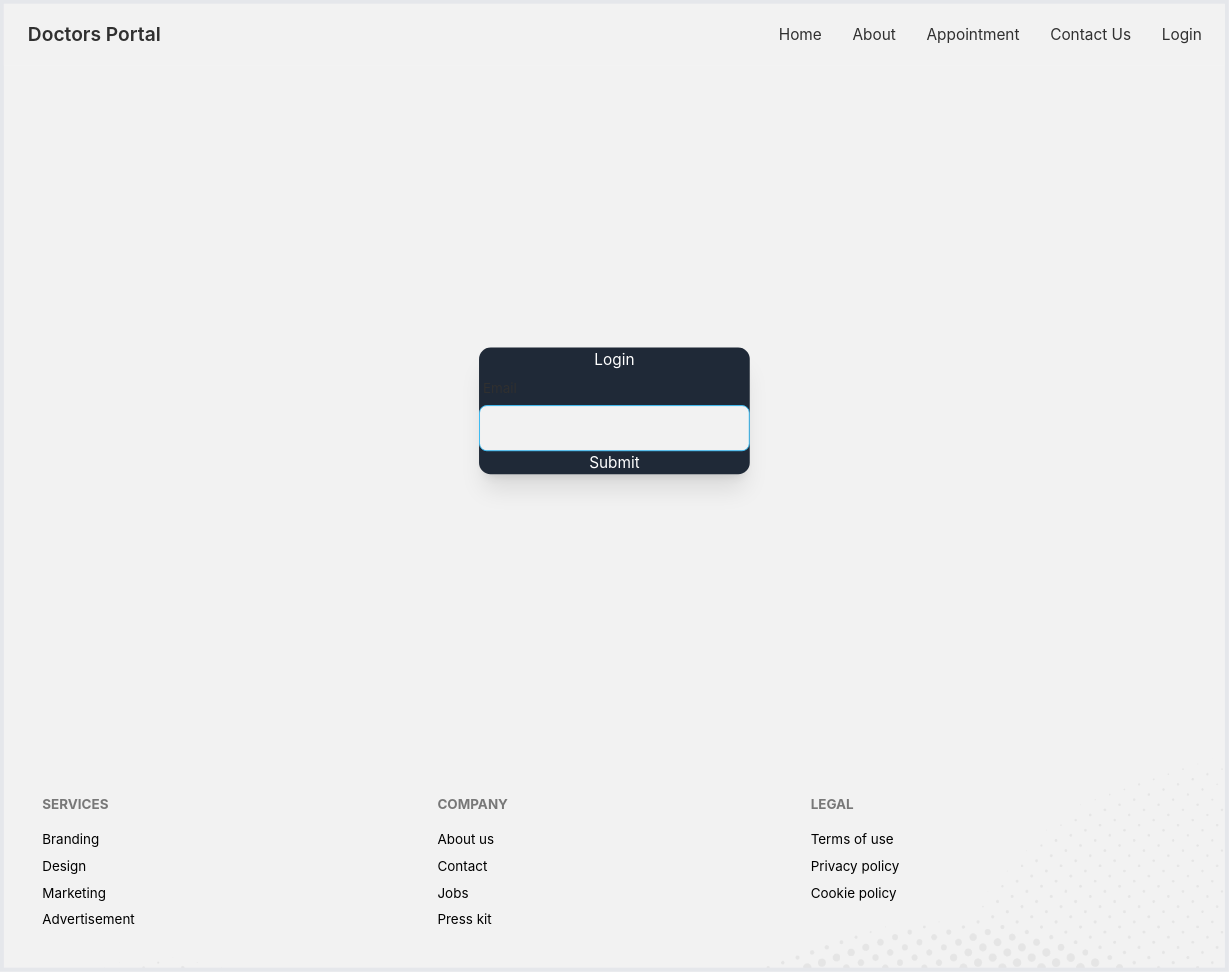
Repository: Samad77/Doctorportal-Client
Page: /login
The author's editor kept a copy of each file at every save. The page is drawn from the files as they stood at one save, then again after the next save.
The browser window is 1280 px wide. The pictures show the whole page, at 96% of full size.
The project was rebuilt for these pictures with package versions that can differ from the ones it lists, and the page was loaded fresh each time. Also part of the build but not shown: src/Pages/Appointment/BookingModal/BookingModal.js, src/Pages/Appointment/AppoinmentCard/AppoinmentCard.js, src/Pages/Appointment/AppointmentBanner/AppointmentBanner.js, src/Pages/Appointment/AvailavleAppoinment/AvailableAppoinment.js, src/Pages/Appointment/Appoinment/Appoinment.js, src/Components/PrimaryButton/PrimaryButton.js, src/Pages/Home/Banner/Banner.js, src/Pages/Home/Cards/Cards.js and 5 more.

Above is the page before, as saved 2022-11-15 11:20:51.

### src/index.js
import React from 'react';
import ReactDOM from 'react-dom/client';
import './index.css';
import App from './App';
import reportWebVitals from './reportWebVitals';
import 'react-day-picker/dist/style.css';
const root = ReactDOM.createRoot(document.getElementById('root'));
root.render(
  <React.StrictMode>
    <App />
  </React.StrictMode>
);

// If you want to start measuring performance in your app, pass a function
// to log results (for example: reportWebVitals(console.log))
// or send to an analytics endpoint. Learn more: https://bit.ly/CRA-vitals
reportWebVitals();

### src/App.js
import logo from './logo.svg';
import './App.css';
import {RouterProvider} from 'react-router-dom'
import router from './Layout/Routes/Routes';
import Cards from './Pages/Home/Cards/Cards';
function App() {
  return (
    <div className="App max-w-[1440px] mx-auto border-4">
      <RouterProvider router={router}>

      </RouterProvider>
    </div>
  );
}

export default App;

### src/Layout/Routes/Routes.js
import { createBrowserRouter } from "react-router-dom";
import Appoinment from "../../Pages/Appointment/Appoinment/Appoinment";
import Home from "../../Pages/Home/Home";
import Login from "../../Pages/Login/Login";
import Main from "../Main/Main";

const router = createBrowserRouter([
    {path : "/",
    element : <Main></Main>,
    children : [
        {path : '/', element : <Home></Home>,},
        {path: '/home', element : <Home></Home>},
        {path: '/login', element : <Login></Login>},
        {path : '/appointment', element: <Appoinment></Appoinment>}
    ]
    }
])

export default router;

### src/Pages/Login/Login.js
import React, { useState } from 'react';
import { useForm } from 'react-hook-form';

const Login = () => {
    const { register, handleSubmit } = useForm();
    const [data, setData] = useState("");

    return (
        <section className='h-screen flex justify-center items-center  '>

            <form onSubmit={handleSubmit((data) => setData(JSON.stringify(data)))} className=" rounded-xl shadow-xl bg-gray-800 text-white">
                <h1 className=''>Login</h1>
                <div className="form-control">
                    <label className="label">
                        <span className="label-text">Email</span>
                    </label>
                    <input type="text" {...register("Email")} className="input input-bordered- w-full max-w-xs input-info"/>
                </div>
                {/* <select {...register("category", { required: true })}>
                    <option value="">Select...</option>
                    <option value="A">Option A</option>
                    <option value="B">Option B</option>
                </select> */}
                {/* <textarea {...register("aboutYou")} placeholder="About you" /> */}
                <p>{data}</p>
                <input type="submit" />
            </form>
        </section>
    );
};

export default Login;

### src/Layout/Main/Main.js
import React from 'react';
import Footer from '../../Pages/Shared/Footer/Footer';
import Navbar from '../../Pages/Shared/Navbar/Navbar';
import {Outlet} from 'react-router-dom'
const Main = () => {
    return (
        <div>
            <Navbar></Navbar>
                <Outlet></Outlet>
            <Footer></Footer>
        </div>
    );
};

export default Main;

### src/Pages/Shared/Footer/Footer.js
import React from 'react';
import footerImg from '../../../assets/images/footer.png'
const Footer = () => {
    return (
        <footer className="footer p-10 text-black" style={{background : `url(${footerImg})`, backgroundSize: "cover"}}>
  <div>
    <span className="footer-title">Services</span>
    <a className="link link-hover">Branding</a>
    <a className="link link-hover">Design</a>
    <a className="link link-hover">Marketing</a>
    <a className="link link-hover">Advertisement</a>
  </div>
  <div>
    <span className="footer-title">Company</span>
    <a className="link link-hover">About us</a>
    <a className="link link-hover">Contact</a>
    <a className="link link-hover">Jobs</a>
    <a className="link link-hover">Press kit</a>
  </div>
  <div>
    <span className="footer-title">Legal</span>
    <a className="link link-hover">Terms of use</a>
    <a className="link link-hover">Privacy policy</a>
    <a className="link link-hover">Cookie policy</a>
  </div>
</footer>
    );
};

export default Footer;

### src/Pages/Shared/Navbar/Navbar.js
import React from 'react';
import {Link} from 'react-router-dom'
const Navbar = () => {

    const menuItems =

    <React.Fragment>
        <li><Link to="/home">Home</Link></li>
        <li><Link to="/about">About</Link></li>
        <li><Link to="/appointment">Appointment</Link></li>
        <li><Link to="/contact">Contact Us</Link></li>
        <li><Link to="/login">Login</Link></li>
    </React.Fragment>

    return (
        <div className="navbar bg-base-100 flex justify-between">
  <div className="navbar-start">
    <div className="dropdown">
      <label tabIndex={0} className="btn btn-ghost lg:hidden">
        <svg xmlns="http://www.w3.org/2000/svg" className="h-5 w-5" fill="none" viewBox="0 0 24 24" stroke="currentColor"><path strokeLinecap="round" strokeLinejoin="round" strokeWidth="2" d="M4 6h16M4 12h8m-8 6h16" /></svg>
      </label>
      <ul tabIndex={0} className="menu menu-compact dropdown-content mt-3 p-2 shadow rounded-box w-52">
            {menuItems}
      </ul>
    </div>
    <Link to='/' className="btn btn-ghost normal-case text-xl">Doctors Portal</Link>
  </div>
  <div className="navbar-center hidden lg:flex">
    <ul className="menu menu-horizontal p-0">
        {menuItems}
    </ul>
  </div>

</div>
    );
};

export default Navbar;

### tailwind.config.js
/** @type {import('tailwindcss').Config} */
module.exports = {
  content: ["./src/**/*.{js,jsx,ts,tsx}"],
  theme: {
    extend: {},
  },
  daisyui : {
    themes : [

    {
      doctorThemes: {

primary: "#0FCFEC",

secondary: "#19D3AE",

neutral: "#3A4256",

"base-100": "#F2F2F2",

      },
    },
  ]
  },
  plugins: [require("daisyui")],
}

Loaded but not shown: public/index.html (common file); src/index.css (common file); src/reportWebVitals.js (common file); src/App.css (common file)

After the next save:
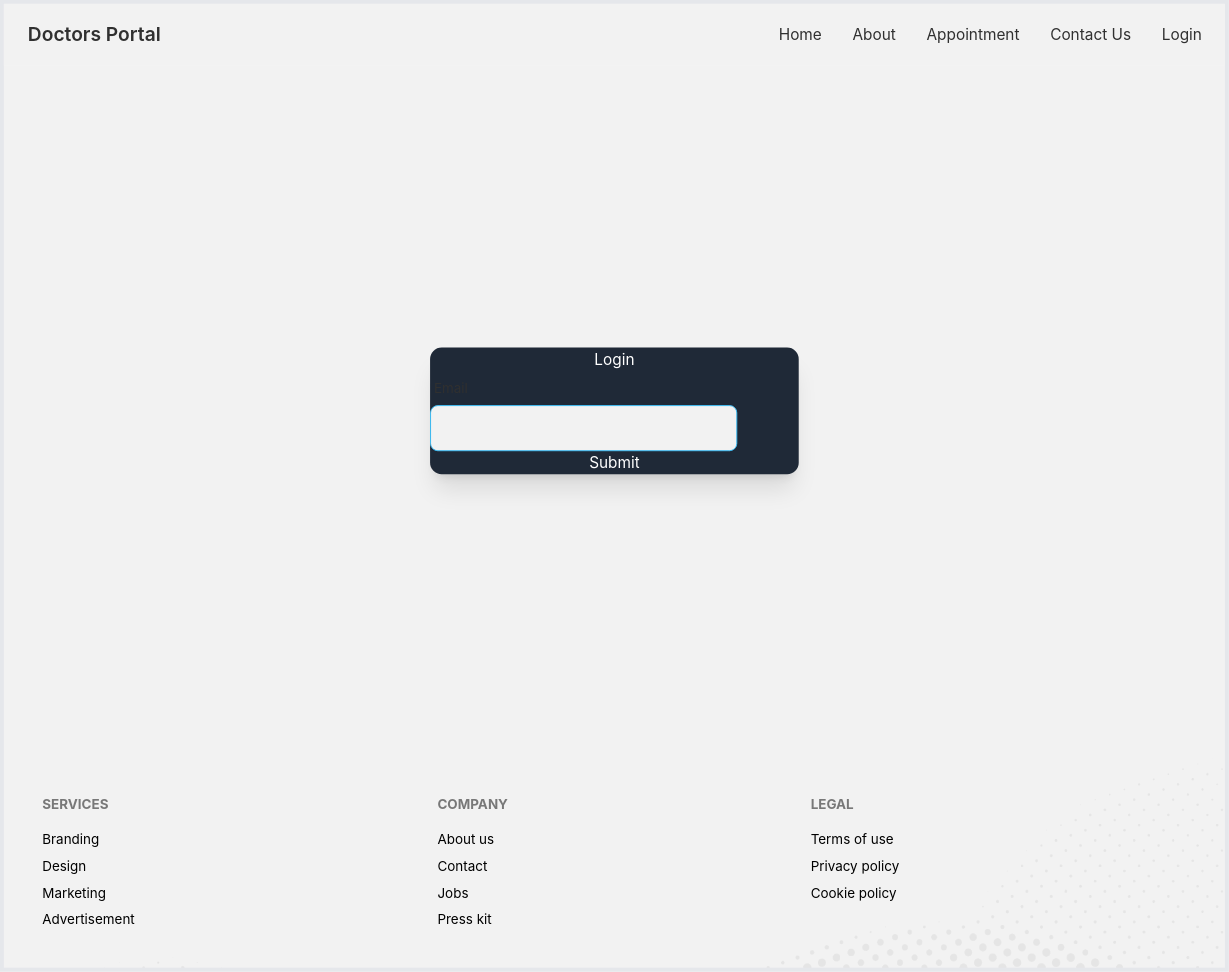
Saved 23 s later.
--- a/src/Pages/Login/Login.js
+++ b/src/Pages/Login/Login.js
@@ -8,7 +8,7 @@ const Login = () => {
     return (
         <section className='h-screen flex justify-center items-center  '>
 
-            <form onSubmit={handleSubmit((data) => setData(JSON.stringify(data)))} className=" rounded-xl shadow-xl bg-gray-800 text-white">
+            <form onSubmit={handleSubmit((data) => setData(JSON.stringify(data)))} className=" rounded-xl shadow-xl bg-gray-800 text-white w-96">
                 <h1 className=''>Login</h1>
                 <div className="form-control">
                     <label className="label">
